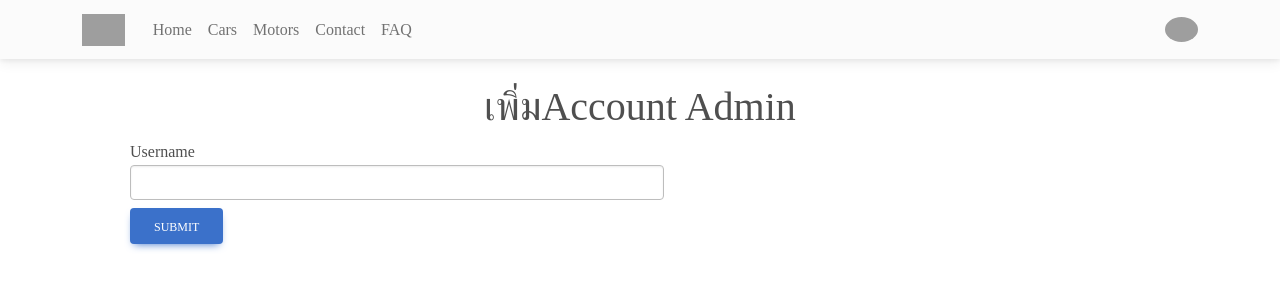
Repository: armychawakorn/Rent4U-Java
Page: http://localhost/miniproject/Admin/addusers.jsp
These files come from the project's save history. The page is drawn as it stood at one moment and after the next save; the edit follows.
The browser window is 1280 px wide. The pictures show the whole page.
Pictures or frames that could not be fetched are drawn as grey boxes. Some web fonts or font styles are not loaded; a fallback is used. Some web libraries are served in a nearby version. The page is served by Tomcat 9.

Above is the page before, as saved 2023-10-28 19:45:04.

After the next save:
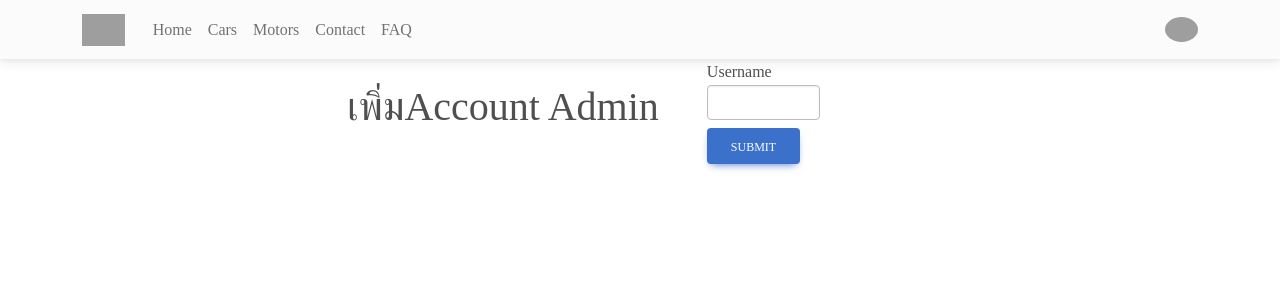
Saved 22 s later.
--- a/miniproject/src/main/webapp/Admin/addusers.jsp
+++ b/miniproject/src/main/webapp/Admin/addusers.jsp
@@ -20,7 +20,7 @@
 </head>
 <body>
 	<%@ include file="../components/Nav.jsp" %>
-	<div class="container dashboard-fade">
+	<div class="container dashboard-fade d-flex justify-content-center">
 		<div class="pt-4 text-center">
 			<h1>เพิ่มAccount Admin</h1>
 		</div>
